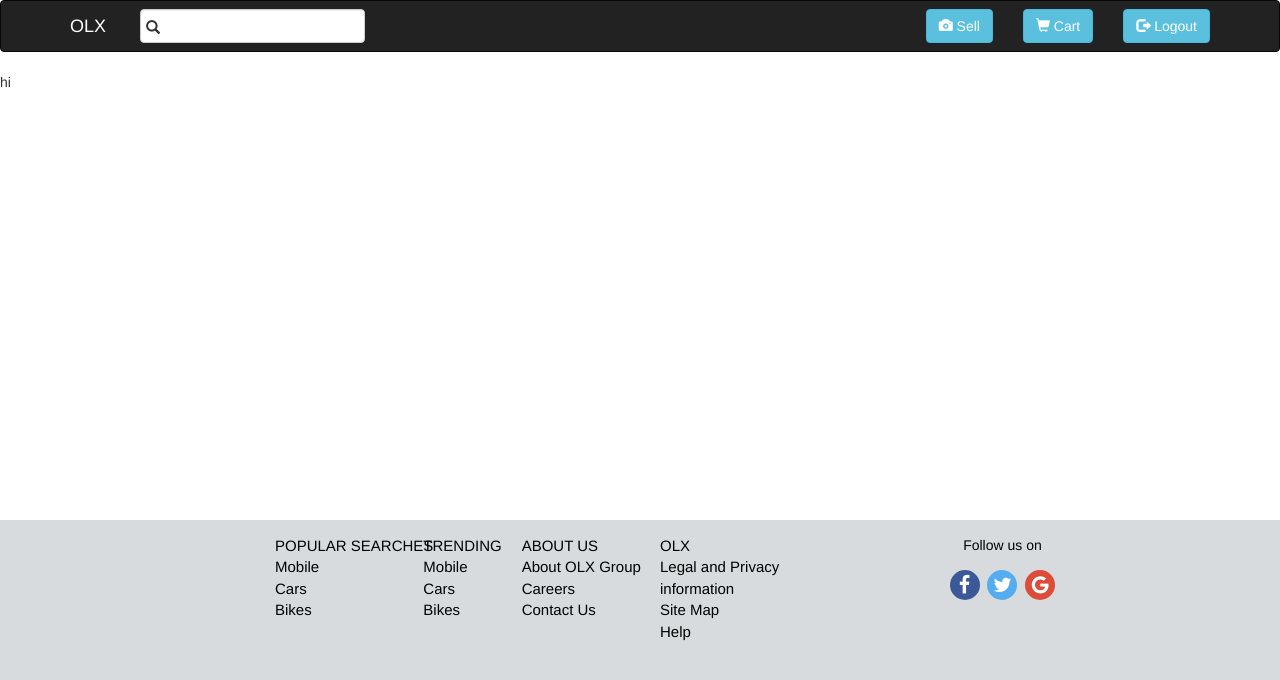
Repository: suganthisarathy/spring_hibernate
Page: http://localhost/olx_resale/WEB-INF/views/ProductDescription.jsp
The author's editor kept a copy of each file at every save. The page is drawn from the files as they stood at one save, then again after the next save.
The browser window is 1280 px wide. The pictures show the whole page.
The page is served by Tomcat 9. Nobody is signed in. The template is opened directly, without the code that normally fills it, so the values that code supplies are empty.

Above is the page before, as saved 2019-05-29 11:46:41.

After the next save:
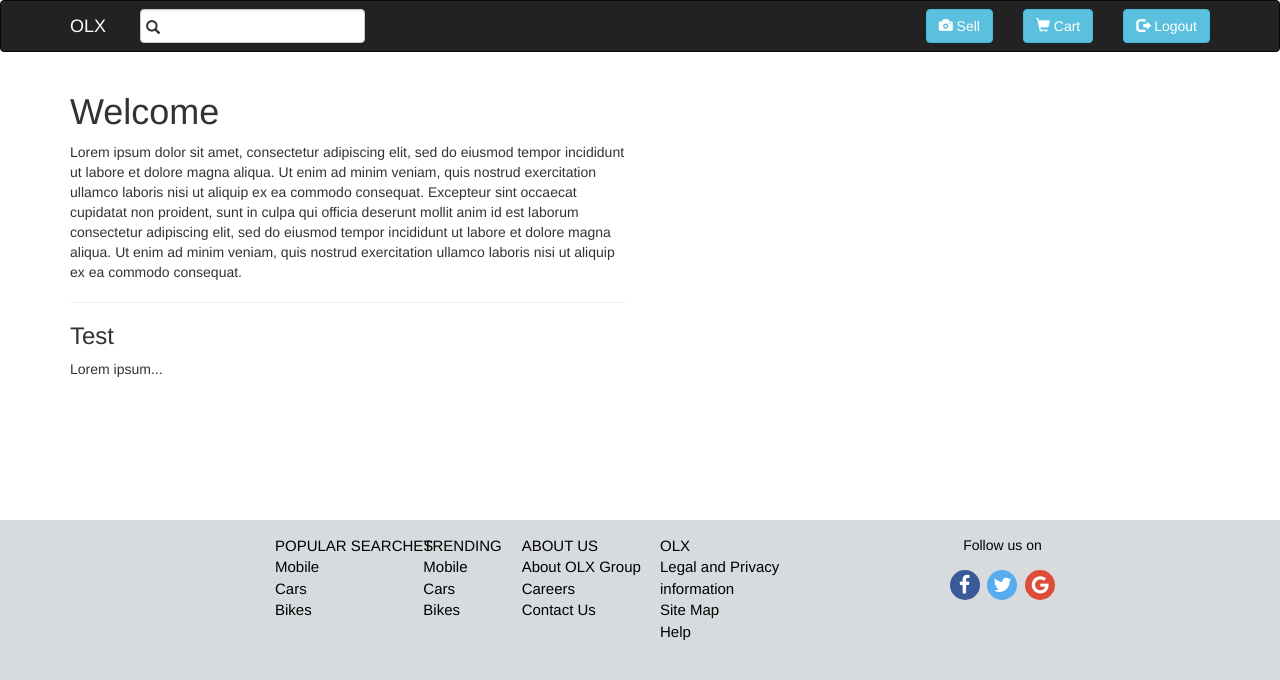
Saved 16 min 36 s later.
--- a/olx_resale/src/main/webapp/WEB-INF/views/ProductDescription.jsp
+++ b/olx_resale/src/main/webapp/WEB-INF/views/ProductDescription.jsp
@@ -4,11 +4,70 @@
 <html>
 <head>
 <meta http-equiv="Content-Type" content="text/html; charset=ISO-8859-1">
+<meta charset="utf-8">
+  <meta name="viewport" content="width=device-width, initial-scale=1">
+  <link rel="stylesheet" href="https://maxcdn.bootstrapcdn.com/bootstrap/3.4.0/css/bootstrap.min.css">
+  <script src="https://ajax.googleapis.com/ajax/libs/jquery/3.4.0/jquery.min.js"></script>
+  <script src="https://maxcdn.bootstrapcdn.com/bootstrap/3.4.0/js/bootstrap.min.js"></script>
+  <style>
+    /* Remove the navbar's default margin-bottom and rounded borders */
+
+
+    /* Set height of the grid so .sidenav can be 100% (adjust as needed) */
+    .row.content {height: 450px}
+
+    /* Set gray background color and 100% height */
+    .sidenav {
+      padding-top: 20px;
+
+      height: 100%;
+    }
+
+    /* Set black background color, white text and some padding */
+
+
+    /* On small screens, set height to 'auto' for sidenav and grid */
+    @media screen and (max-width: 767px) {
+      .sidenav {
+        height: auto;
+        padding: 15px;
+      }
+      .row.content {height:auto;}
+    }
+  </style>
+</head>
 <title>Insert title here</title>
 </head>
+
+<jsp:include page="header.jsp"/>
+
+
 <body>
-<jsp:include page="header.jsp"/>
-hi
+
+
+
+<div class="container   ">
+  <div class="row ">
+
+    <div class="col-sm-6 text-left">
+      <h1>Welcome</h1>
+      <p>Lorem ipsum dolor sit amet, consectetur adipiscing elit, sed do eiusmod tempor incididunt ut labore et dolore magna aliqua. Ut enim ad minim veniam, quis nostrud exercitation ullamco laboris nisi ut aliquip ex ea commodo consequat. Excepteur sint occaecat cupidatat non proident, sunt in culpa qui officia deserunt mollit anim id est laborum consectetur adipiscing elit, sed do eiusmod tempor incididunt ut labore et dolore magna aliqua. Ut enim ad minim veniam, quis nostrud exercitation ullamco laboris nisi ut aliquip ex ea commodo consequat.</p>
+      <hr>
+      <h3>Test</h3>
+      <p>Lorem ipsum...</p>
+    </div>
+
+    <div class="col-sm-4 sidenav">
+
+    </div>
+  </div>
+</div>
+
+
+
+
+
+
 <jsp:include page="footer.jsp"/>
 </body>
 </html>
